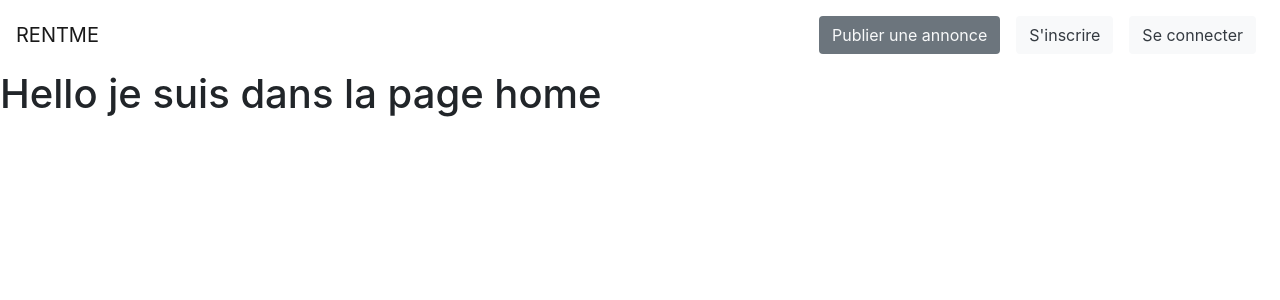
Repository: johan1412/rentme-front
Page: /
These files come from the project's save history. The page is drawn as it stood at one moment and after the next save; the edit follows.
The browser window is 1280 px wide. The pictures show the whole page.
The project was rebuilt for these pictures with package versions that can differ from the ones it lists, and the page was loaded fresh each time. Also part of the build but not shown: vue.config.js, src/components/auth/Login.vue, src/components/auth/Register.vue.

Above is the page before, as saved 2021-12-14 19:39:27.

After the next save:
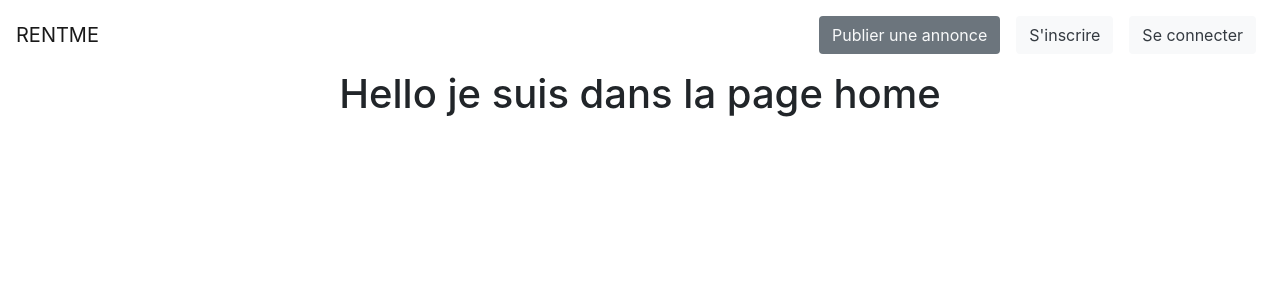
Saved 9 s later.
--- a/src/components/Home.vue
+++ b/src/components/Home.vue
@@ -2,7 +2,7 @@
 <div>
         <nav-bar />
 <div class="containert m-auto">
-  <h1 class="text-centrer">Hello je suis dans la page home</h1>
+  <h1 class="text-center">Hello je suis dans la page home</h1>
 </div>
 </div>
 </template>
